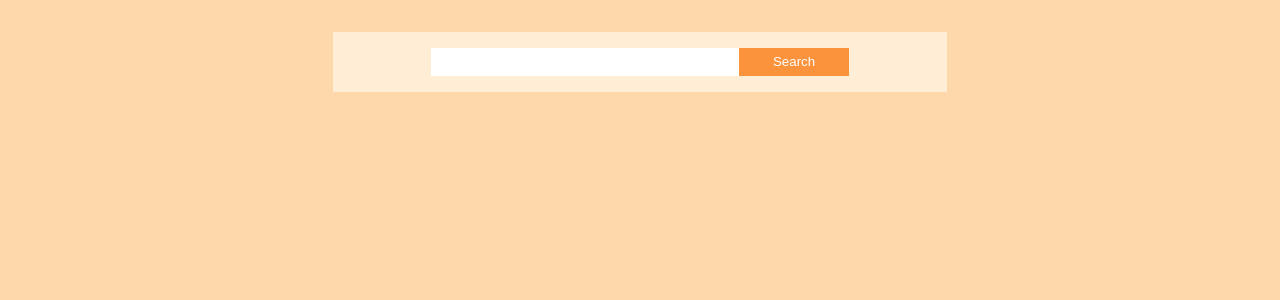
Repository: sandipkarmokar/recipeApp
Page: /
The author's editor kept a copy of each file at every save. The page is drawn from the files as they stood at one save, then again after the next save.
The browser window is 1280 px wide. The pictures show the whole page.
The project was rebuilt for these pictures with package versions that can differ from the ones it lists, and the page was loaded fresh each time.

Above is the page before, as saved 2022-04-16 11:52:51.

After the next save:
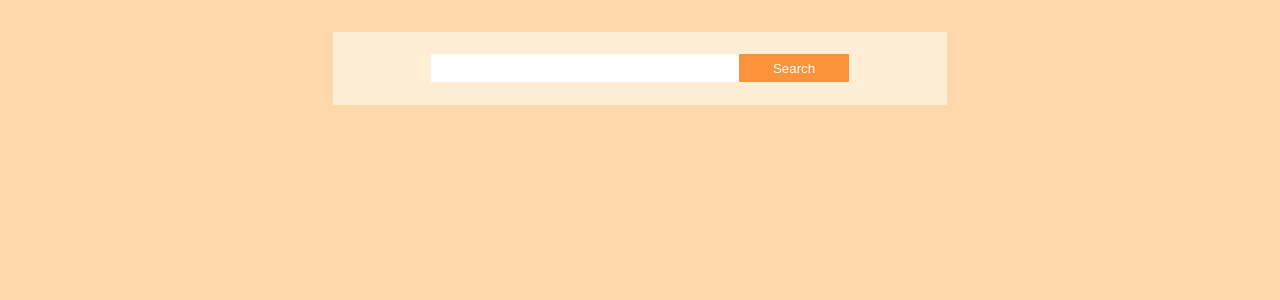
Saved 7 s later.
--- a/src/App.css
+++ b/src/App.css
@@ -21,7 +21,7 @@
 .app .app-container .searchBar {
     width: 60%;
     background-color: #ffedd5;
-    padding: 1rem 2rem;
+    padding: 1.4rem 2rem;
 }
 .app .app-container .searchBar .searchBar-container {
     width: 80%;
